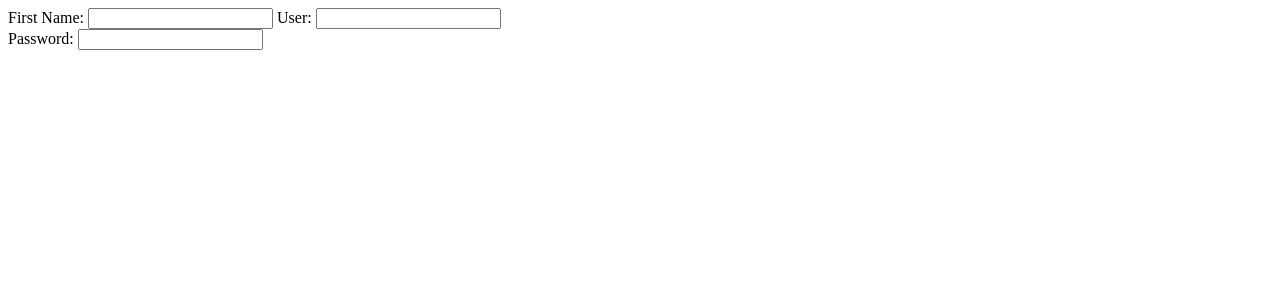
Repository: Peacepapi/1702Java
Page: http://localhost/state/login.jsp
These files come from the project's save history. The page is drawn as it stood at one moment and after the next save; the edit follows.
The browser window is 1280 px wide. The pictures show the whole page.
The page is served by Tomcat 9. Other server files are loaded and not shown.

Above is the page before, as saved 2017-03-02 14:37:37.

### state/WebContent/login.jsp
<%@ page language="java" contentType="text/html; charset=ISO-8859-1"
    pageEncoding="ISO-8859-1"%>
<!DOCTYPE html PUBLIC "-//W3C//DTD HTML 4.01 Transitional//EN" "http://www.w3.org/TR/html4/loose.dtd">
<html>
<head>
<meta http-equiv="Content-Type" content="text/html; charset=ISO-8859-1">
<title>Login</title>
</head>
<body>
<form>
	First Name: <input type="text" name="f_name" />
	User: <input type="text" name="user" /> <br/>
	Password: <input type="password" name="pass" /> <br/>

</form>
</body>
</html>

After the next save:
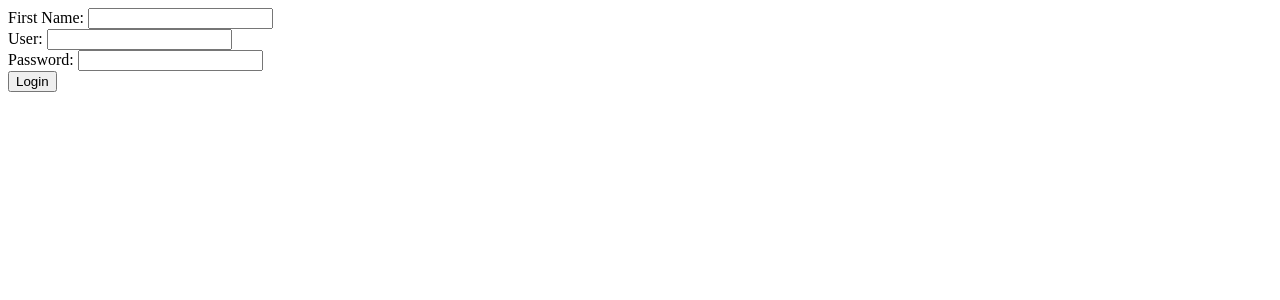
Saved 48 s later.
--- a/state/WebContent/login.jsp
+++ b/state/WebContent/login.jsp
@@ -8,10 +8,10 @@
 </head>
 <body>
 <form>
-	First Name: <input type="text" name="f_name" />
+	First Name: <input type="text" name="f_name" /> <br/>
 	User: <input type="text" name="user" /> <br/>
 	Password: <input type="password" name="pass" /> <br/>
-
+	<input type="submit" value="Login" />
 </form>
 </body>
 </html>
